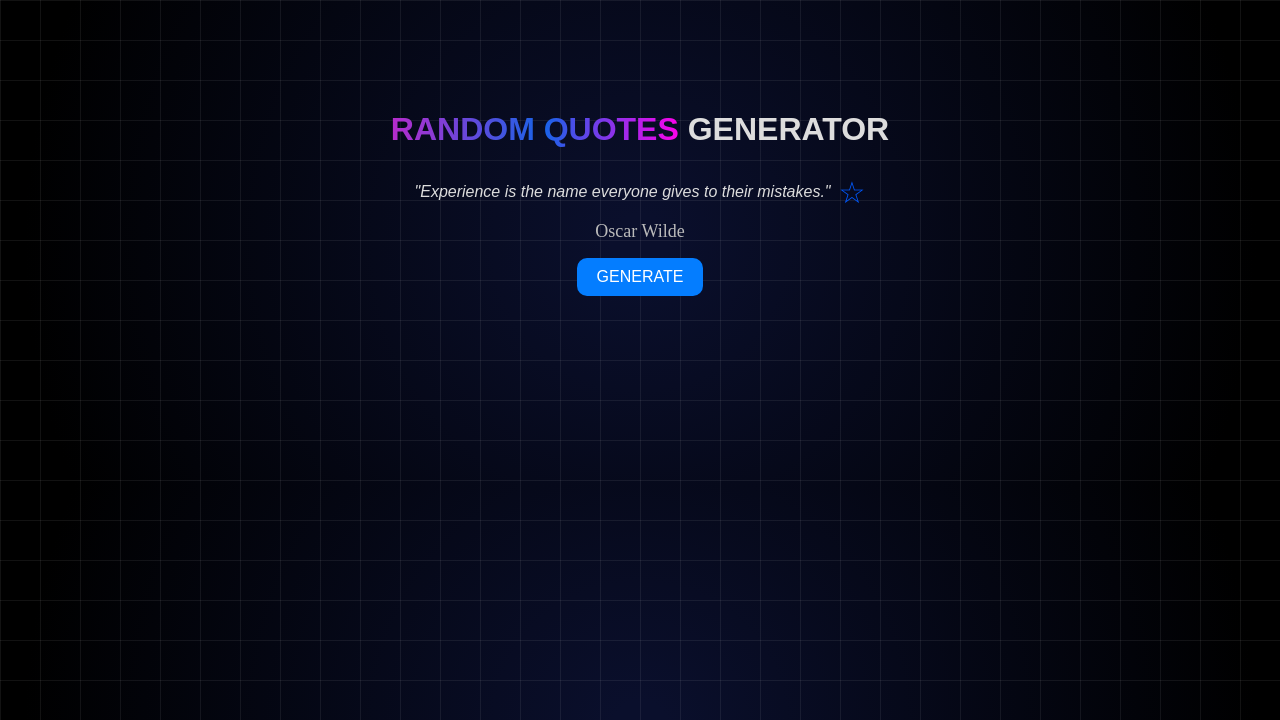
Repository: Adel-la/random-quotes
Page: index.html
An editor plug-in stored every save of this project. The page is shown before and after a run of saves, followed by the edit.
The browser window is 1280 px wide. The pictures show the whole page.

Above is the page before, as saved 2025-06-25 23:01:15.

After the next 3 saves:
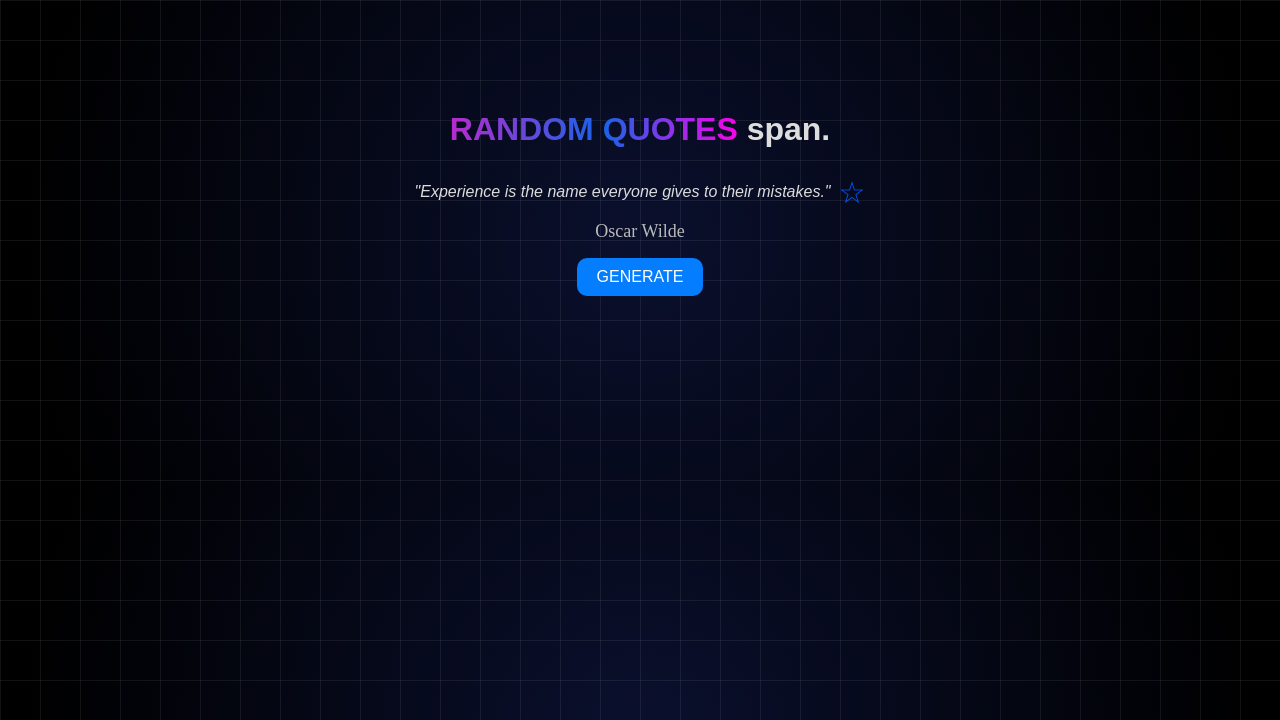
The 3 saves are shown as one change because they came seconds apart.
The last was saved 23 h 26 min later.
--- a/index.html
+++ b/index.html
@@ -7,7 +7,7 @@
 </head>
 <body>
   <main class="main">
-    <h1 class="h1-title"> <span class="special-text">RANDOM QUOTES</span> GENERATOR</h1>
+    <h1 class="h1-title"> <span class="special-text">RANDOM QUOTES</span> span.</h1>
     <div class="quote-container">
       <p id="quote" class="quote"></p>
       <button id="favorite" class="favorite">☆</button>
